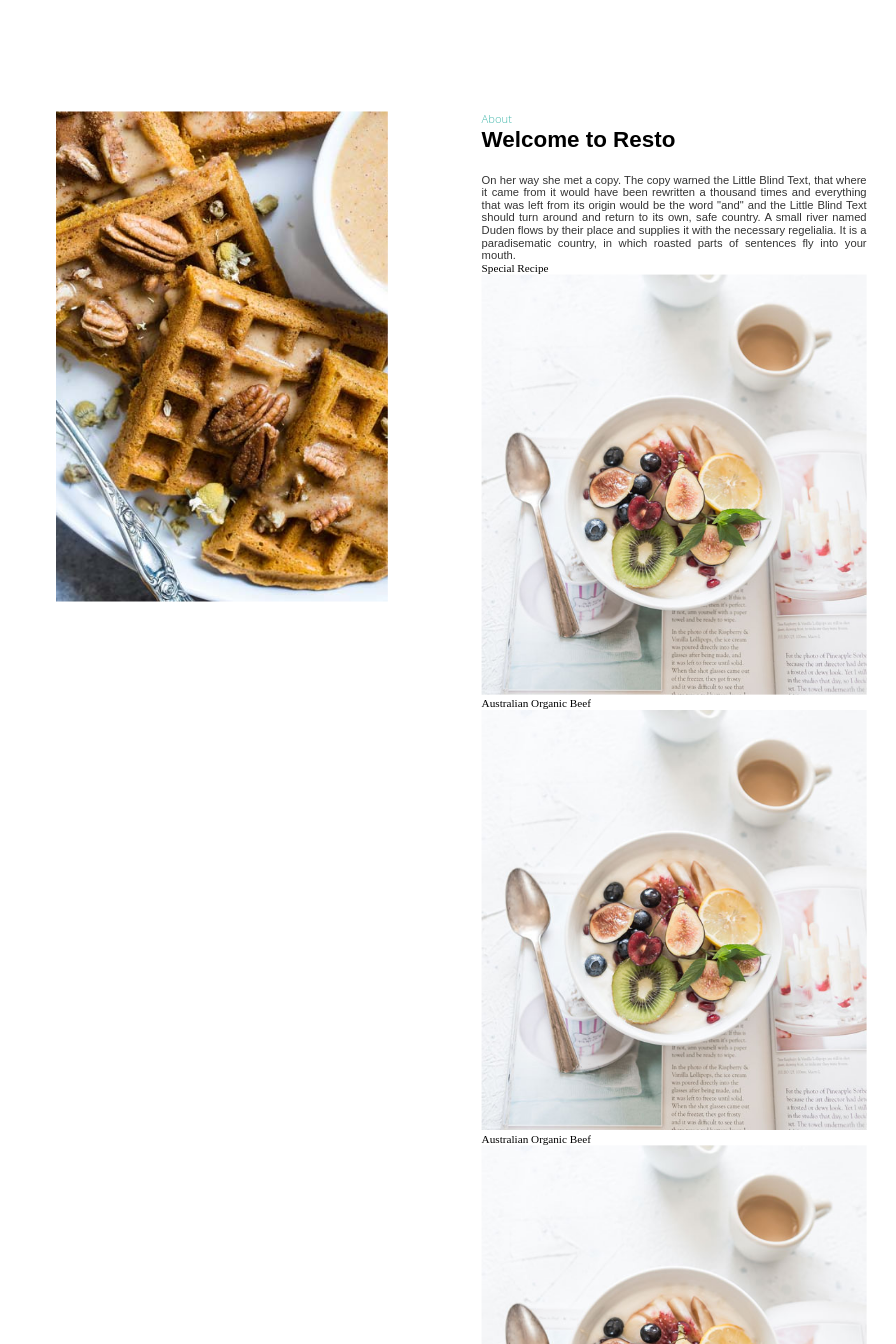
Repository: nguyenanhtuanHDU/myrestaurant
Page: index.html
These files come from the project's save history. The page is drawn as it stood at one moment and after a run of saves; the edit follows.
The browser window is 1280 px wide. The pictures show the part of the page from y = 646 to 2566 px (the page is 2904 px tall before and 2935 px after), at 70% of full size.

Above is the page before, as saved 2022-02-01 02:01:51.

### index.html
<!DOCTYPE html>
<html lang="en">
<head>
    <meta charset="UTF-8">
    <meta http-equiv="X-UA-Compatible" content="IE=edge">
    <meta name="viewport" content="width=device-width, initial-scale=1.0">
    <link rel="stylesheet" href="./assets/style.css">
    <link rel="stylesheet" href="./assets/icon/fontawesome-free-5.15.4-web/css/all.css">
    <link rel="stylesheet" href="./assets/main.js">
    <link rel="stylesheet" href="./aos/aos.css">
    <title>Resto</title>

</head>
<body>
    <div id="main">
        <div id="header">

            <i class="fas fa-bars" ></i>

            <ul id="nav_1" >
                <li><a href="">Home</a></li>
                <li><a href="">About</a></li>
                <li>
                <a href="">
                    Special Dishes
                    <i class="fas fa-caret-down"></i>
                </a>
                <ul class="subnav_1">
                    <li><a href="">
                        <i class="fas fa-angle-right"></i>
                        Beef Steak Sauce
                    </a></li>
                    <li><a href="">
                        <i class="fas fa-angle-right"></i>
                        Salmon Zucchini
                    </a></li>
                </ul>
                </li>
            </ul>

            <img src="./assets/image/logo.png" alt="" class="img_header" >

            <div id="nav_2">
                <ul>
                    <li><a href="">Menu</a></li>
                    <li><a href="">Team</a></li>
                    <li><a href="">Reservation</a></li>
                </ul>
            </div>

            <i class="fas fa-search"></i>

        </div>

        <div id="introduce">

            <div class="content">
                <h1 class="content_heading1">We Love</h1>
                <h1 class="content_heading2">Delicious Foods!</h1>
                <div class="list_content">
                    <img src="/assets/image/Content/1.png" alt="" class="img_content">
                    <img src="/assets/image/Content/2.png" alt="" class="img_content">
                    <img src="/assets/image/Content/3.png" alt="" class="img_content">

                </div>

                <div class="slider_dish">
                    <img class="img_dish" src="./assets/image/hero-1.jpg" >
                    <img class="img_dish" src="./assets/image/hero-2.jpg" >
                    <img class="img_dish" src="./assets/image/hero-3.jpg" >
                </div>
            </div>



            <div class="about">
                <img src="./assets/image/hero-2.jpg" alt="" class="img_about">
                <div class="about_content">
                    <div class="about_heading">About</div>
                    <div class="about_title">Welcome to Resto </div>
                    <div class="content_para">On her way she met a copy. The copy warned the Little Blind Text, that where it came from it would have been rewritten a thousand times and everything that was left from its origin would be the word "and" and the Little Blind Text should turn around and return to its own, safe country. A small river named Duden flows by their place and supplies it with the necessary regelialia. It is a paradisematic country, in which roasted parts of sentences fly into your mouth.

                    </div>

                    <div class="about_dish">
                        <div class="dish_title">Special Recipe </div>
                        <div class="list_dish">
                            <div class="dish_items">
                                <img src="./assets/image/hero-1.jpg" alt="" class="dish_img">
                                <div class="dish_name">Australian Organic Beef</div>
                            </div>
                            <div class="dish_items">
                                <img src="./assets/image/hero-1.jpg" alt="" class="dish_img">
                                <div class="dish_name">Australian Organic Beef</div>
                            </div>
                            <div class="dish_items">
                                <img src="./assets/image/hero-1.jpg" alt="" class="dish_img">
                                <div class="dish_name">Australian Organic Beef</div>
                            </div>

                        </div>
                    </div>
                </div>
            </div>
        </div>

        <div id="special">

        </div>

        <div id="menu">

        </div>

        <div id="team">

        </div>

        <div id="book">

        </div>

        <div id="footer">

        </div>
    </div>


    <script src="./assets/main.js">

    </script>
    <script src="./aos/aos.js">
        AOS.init();

    </script>


</body>
</html>

### assets/style.css
*{
    margin: 0;
    padding: 0;
    box-sizing: border-box;
}

#header{

    margin-top: 45px;
    margin-left: 150px;
}
#header .fa-bars:hover{
    color: #45b8ac;
    cursor: pointer;
    transform: rotate(360deg);
    transition: .6s ease;
}
#header .fa-bars{
    display: inline-block;
    margin-right: 140px;
    font-size: 20px;
}
#header .fa-search{
    font-size: 20px;
    margin-left: 150px;
}
#header .fa-search:hover{
    color: #45b8ac;
    cursor: pointer;
    font-size: 30px;
    transition: 0.4s ease;
}
#nav_1{
    display: inline-block;

}
#nav_1 > li {
    display: inline-block;
    position: relative;
}
#nav > li:hover{
    display: block;
}

#nav_1 > li > a {
    position: relative;
    font-family: Helvetica, Arial, sans-serif;
    opacity: 0.8;
    display: block;
    color: black;
    text-decoration: none;
    padding: 6px 8px;
}
#nav_1 > li > a:before {
    content: '';
    position: absolute;
    bottom: 0;
    left: 0;
    background-color: #45b8ac;
    height: 3px;
    width: 0%;
    transition: 0.6s ease ;
}
#nav_1 > li > a:hover:before {
    width: 100%;
}
#nav_1 li:hover .subnav_1{
    display: block;
    animation: subnav-1 1s ease ;
}
@keyframes subnav-1{
    0%{
        opacity: 0;
        left: 100px;
    }
    50%{
        left: -20px;
    }
    100%{
        left: 0;
    }

}
.subnav_1{
    position: absolute;
    top: 30px;
    opacity: 1;
    width: 162px;
    display: none;
    z-index: 2;
    overflow: hidden;
    border-top-right-radius: 19px;
    border-bottom-right-radius: 19px;
    box-shadow: rgba(0, 0, 0, 0.35) 0px 5px 15px;
}
.subnav_1 li{
    display: block;
}
.subnav_1 li a:hover{
    background-color: #45b8ac;
    color: white;
}
.subnav_1 li a{
    position: relative;
    font-family: Helvetica, Arial, sans-serif;
    opacity: 0.8;
    color: black;
    text-decoration: none;
    padding: 6px 8px;
    display: block;
}
.subnav_1 li a:before{
    content: '';
    position: absolute;
    top: 0;
    left: 0;
    background-color: #45b8ac;
    height: 100%;
    width: 0%;
    z-index: -1;
}
.subnav_1 li a:hover:before{
    color: white;
}



.img_header{
    width: 117.25px;
    height: 50px;
    margin-left: 78px;
    margin-right: 94px;
}
#nav_2{
    display: inline-block;
}
#nav_2 li {
    display: inline-block;
}

#nav_2 li a {
    position: relative;
    text-decoration: none;
    color: black;
    font-family: Helvetica, Arial, sans-serif;
    opacity: 0.8;
    padding: 6px 8px;
}
#nav_2 li a:before {
    content: '';
    position: absolute;
    bottom: 0;
    left: 0;
    background-color: #45b8ac;
    height: 3px;
    width: 0%;
    transition: 0.6s ease;
}
#nav_2 li a:hover:before {
    width: 100%;
}
#introduce{
    position: relative;
    height: 2000px;
}
.content{
    position: absolute;
    top: 86px;
    left: 50px;
}
.content_heading1{
    font-size: 3.5rem;
    font-weight: 300;
    line-height: 1.2;
}
.content_heading2{
    font-size: 3.5rem;
    font-weight: 300;
    line-height: 1.2;
    padding-top: 14px;
    padding-bottom: 59px;
}
.slider_dish{

}
.img_dish{
    position: absolute;
    width: 545px;
    height: 292px;
    object-fit: cover;
    top: 11px;
    left: 167%;
    box-shadow: rgba(0, 0, 0, 0.35) 0px 5px 15px;
    border-radius: 20px;
}
.about{
    position: absolute;
    top: 700px;
}
.img_about{
    width: 474px;
    height: 700px;
    object-fit: cover;
    margin-left: 80px;
}
.about_content{
    position: absolute;
    top: 0;
    left: 43em;
}
.about_heading{
    color: #45b8ac;
    font-family: 'Open Sans',sans-serif;
    font-weight: 300;
}
.about_title{
    font-family: 'Josefin Sans',sans-serif;
    font-weight: 700;
    font-size: 32px;
    margin-bottom: 30px;
}
.content_para{
    font-family: 'Josefin Sans',sans-serif;
    text-align: justify;
    opacity: 0.8;
}

### assets/main.js

var myIndex = 0;
        carousel();

        function carousel() {
          var i;
          var x = document.getElementsByClassName("img_dish");
          for (i = 0; i < x.length; i++) {
            x[i].style.display = "none";
          }
          myIndex++;
          if (myIndex > x.length) {myIndex = 1}
          x[myIndex-1].style.display = "block";
          setTimeout(carousel, 3000);
        }

Loaded but not shown: assets/icon/fontawesome-free-5.15.4-web/css/all.css (library); aos/aos.css (library); aos/aos.js (library)

After the next 2 saves:
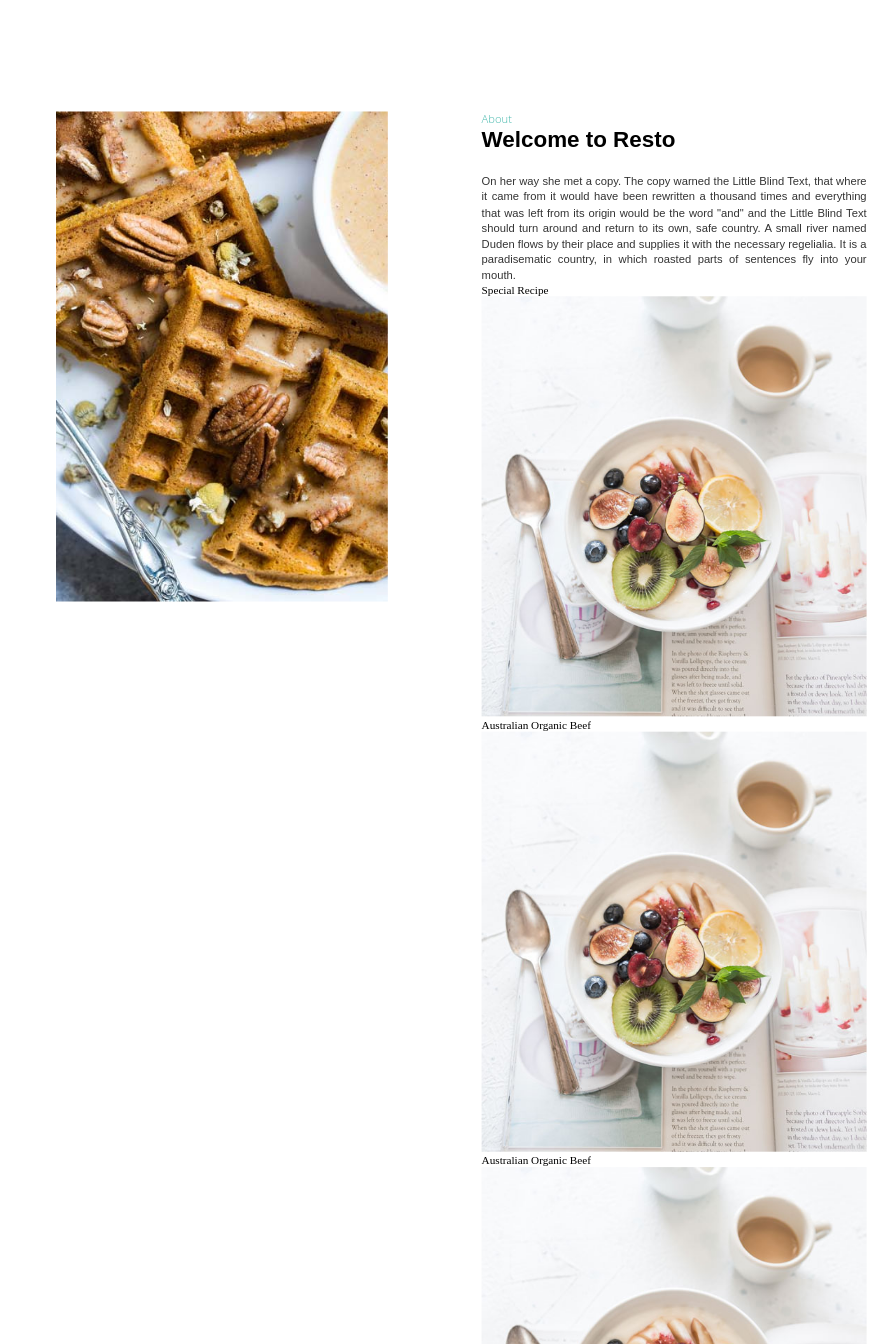
The 2 saves are shown as one change because they came seconds apart.
The last was saved 9 s later.
--- a/assets/style.css
+++ b/assets/style.css
@@ -223,4 +223,5 @@
     font-family: 'Josefin Sans',sans-serif;
     text-align: justify;
     opacity: 0.8;
-}
+    line-height: 1.4;
+}
